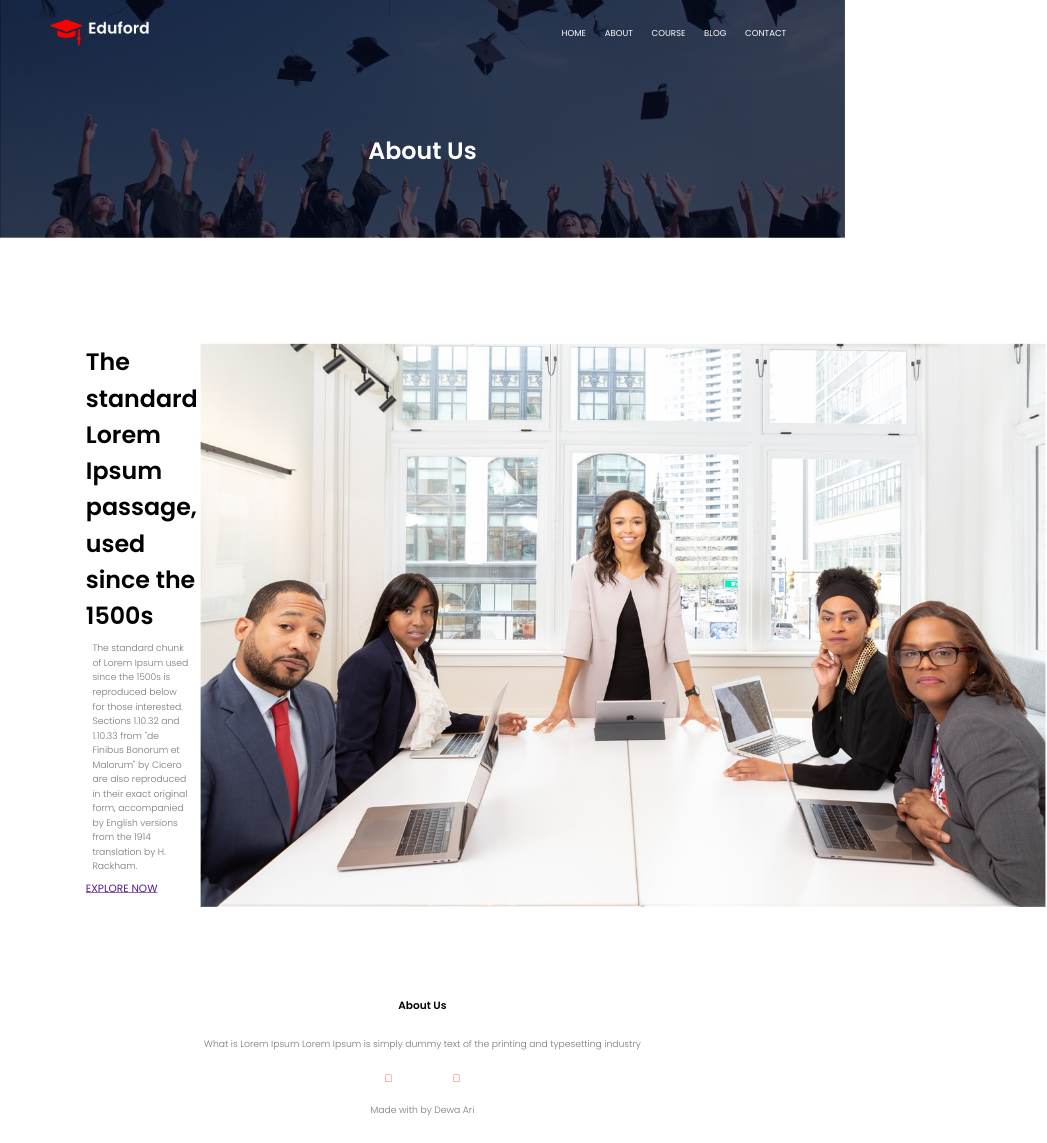
Repository: dewaary/company-profile
Page: about.html
An editor plug-in stored every save of this project. The page is shown before and after the next save, followed by the edit.
The browser window is 1280 px wide. The page is 1586 px wide, then 1280 px, so the pictures cover 1586 px, including what lies to the right of the window. The pictures show the whole page, at 66% of full size.

Above is the page before, as saved 2021-05-07 23:25:28.

After the next save:
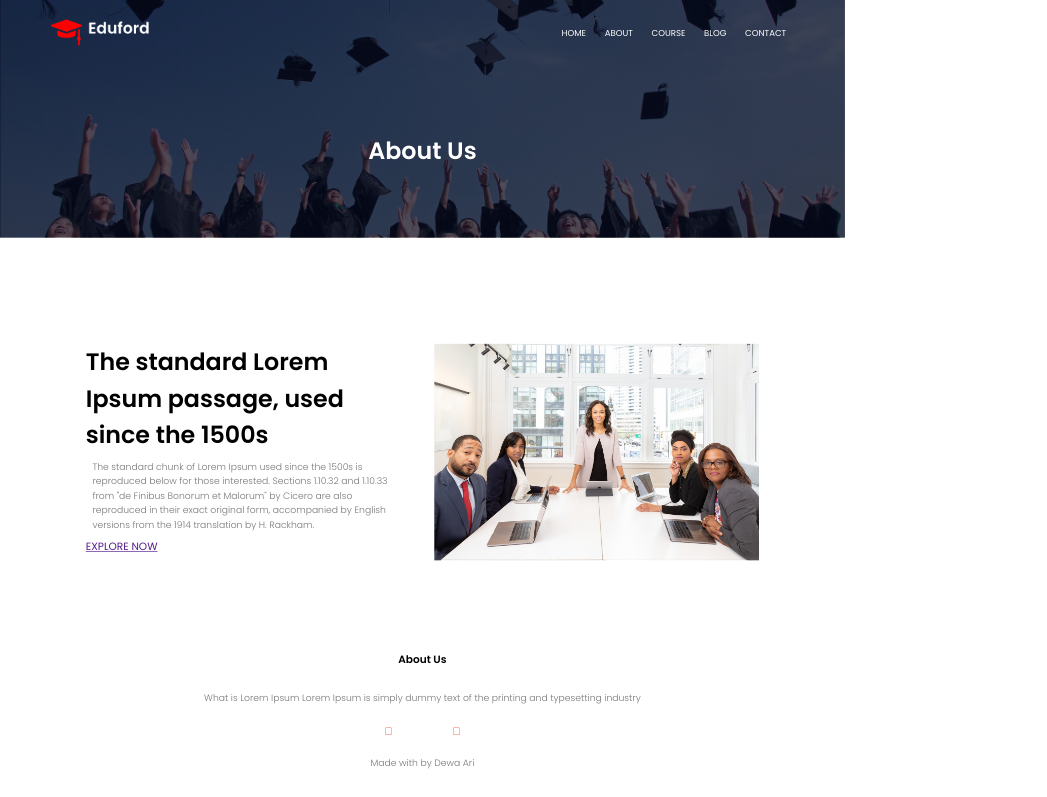
Saved 29 s later.
--- a/style.css
+++ b/style.css
@@ -385,3 +385,7 @@ h3 {
   flex-basis: 48%;
   padding: 30px 2px;
 }
+
+.about-col img{
+  width: 100%;
+}
